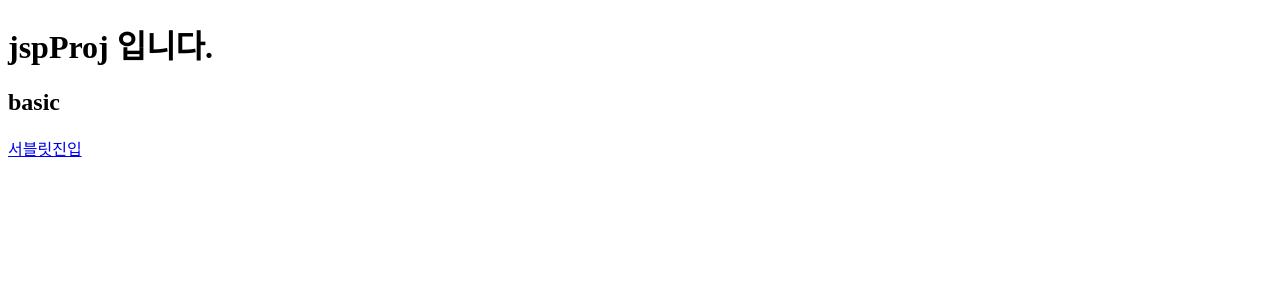
Repository: Jamikidu/newJsp
Page: http://localhost/jspProj/
These files come from the project's save history. The page is drawn as it stood at one moment and after the next save; the edit follows.
The browser window is 1280 px wide. The pictures show the whole page.
The page is served by Tomcat 9. Nobody is signed in. The application's start-up code is not run. Other server files are loaded and not shown.

Above is the page before, as saved 2023-07-25 03:32:06.

### jspProj/src/main/webapp/index.jsp
<%@ page language="java" contentType="text/html; charset=UTF-8"
    pageEncoding="UTF-8"%>
<!DOCTYPE html>
<html>
<head>
<meta charset="UTF-8">
<title>jspProj 입니다</title>
</head>
<body>
<h1>jspProj 입니다.</h1>
<h2>basic</h2>
<a href="basic/First">서블릿진입</a>
</body>
</html>

After the next save:
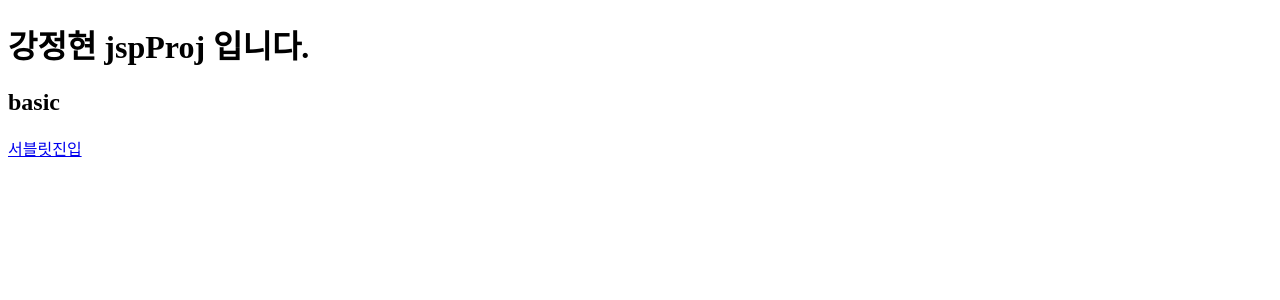
Saved 8 min 17 s later.
--- a/jspProj/src/main/webapp/index.jsp
+++ b/jspProj/src/main/webapp/index.jsp
@@ -7,7 +7,7 @@
 <title>jspProj 입니다</title>
 </head>
 <body>
-<h1>jspProj 입니다.</h1>
+<h1>강정현 jspProj 입니다.</h1>
 <h2>basic</h2>
 <a href="basic/First">서블릿진입</a>
 </body>
